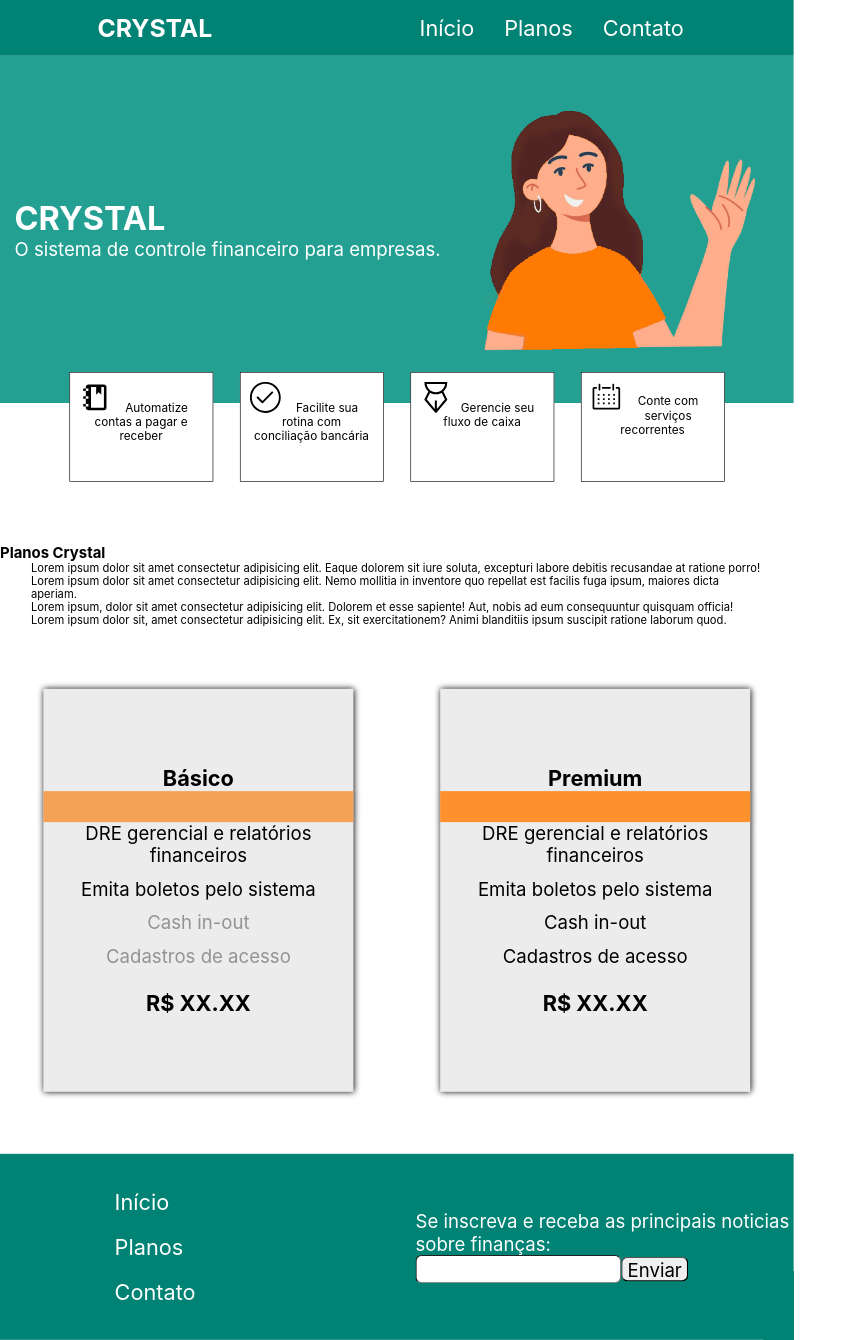
Repository: Matheus904-12/Crystallize
Page: index.html
These files come from the project's save history. The page is drawn as it stood at one moment and after the next save; the edit follows.
The browser window is 1280 px wide. The page is 1280 px wide, then 1380 px, so the pictures cover 1380 px, including what lies to the right of the window. The pictures show the whole page, at 62% of full size.
Some web fonts or font styles are not loaded; a fallback is used.

Above is the page before, as saved 2023-07-24 20:13:24.

After the next save:
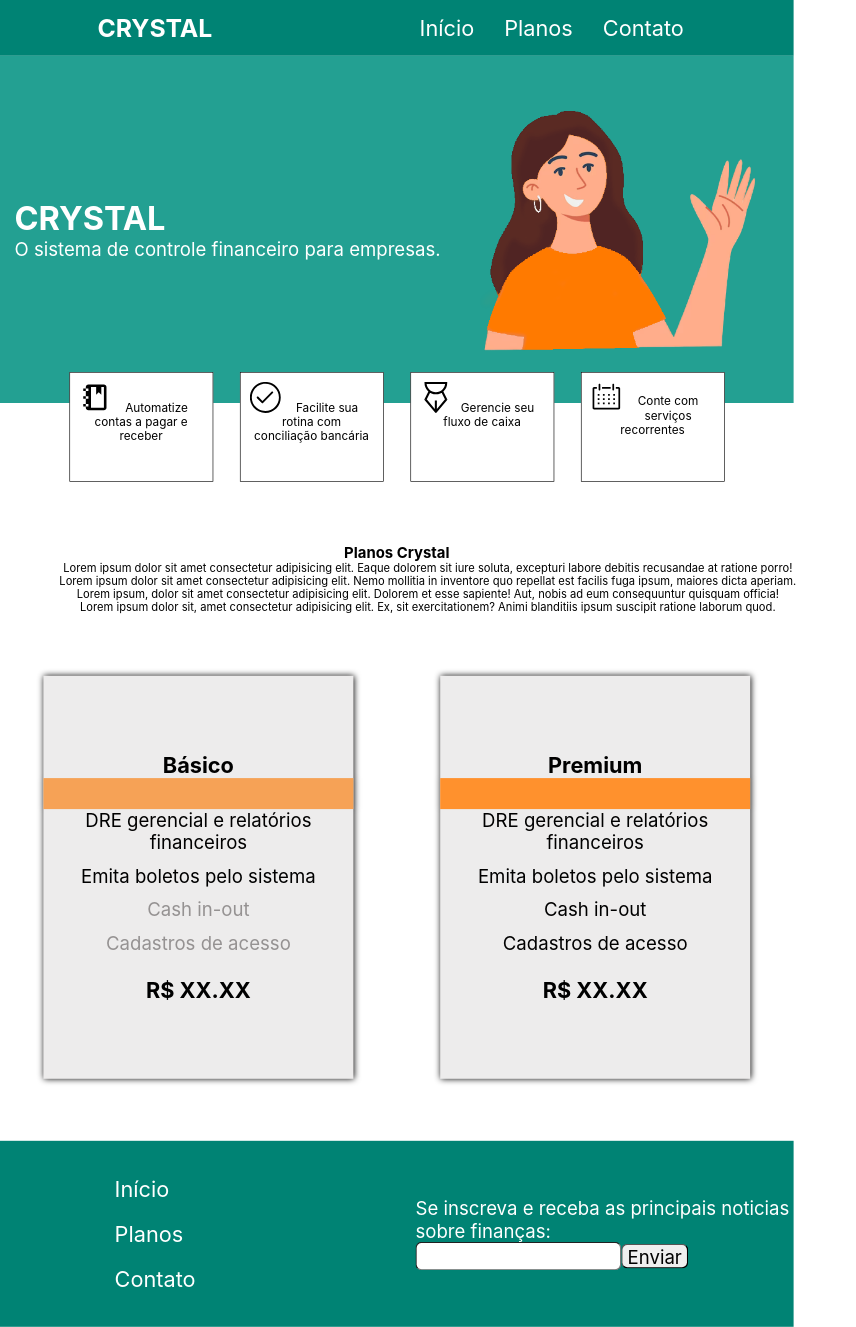
Saved 2 min 23 s later.
--- a/style.css
+++ b/style.css
@@ -107,11 +107,15 @@ html {
 
   .planoTitulo {
     font-size: 24px;
+    width: 100%;
+    text-align: center;
   }
 
   .planoTexto {
     padding: 0px 50px 0px 50px;
     font-size: 18px;
+    width: 100%;
+    text-align: center;
     word-wrap: wrap;
   }
 /* FIM PLANOS */
